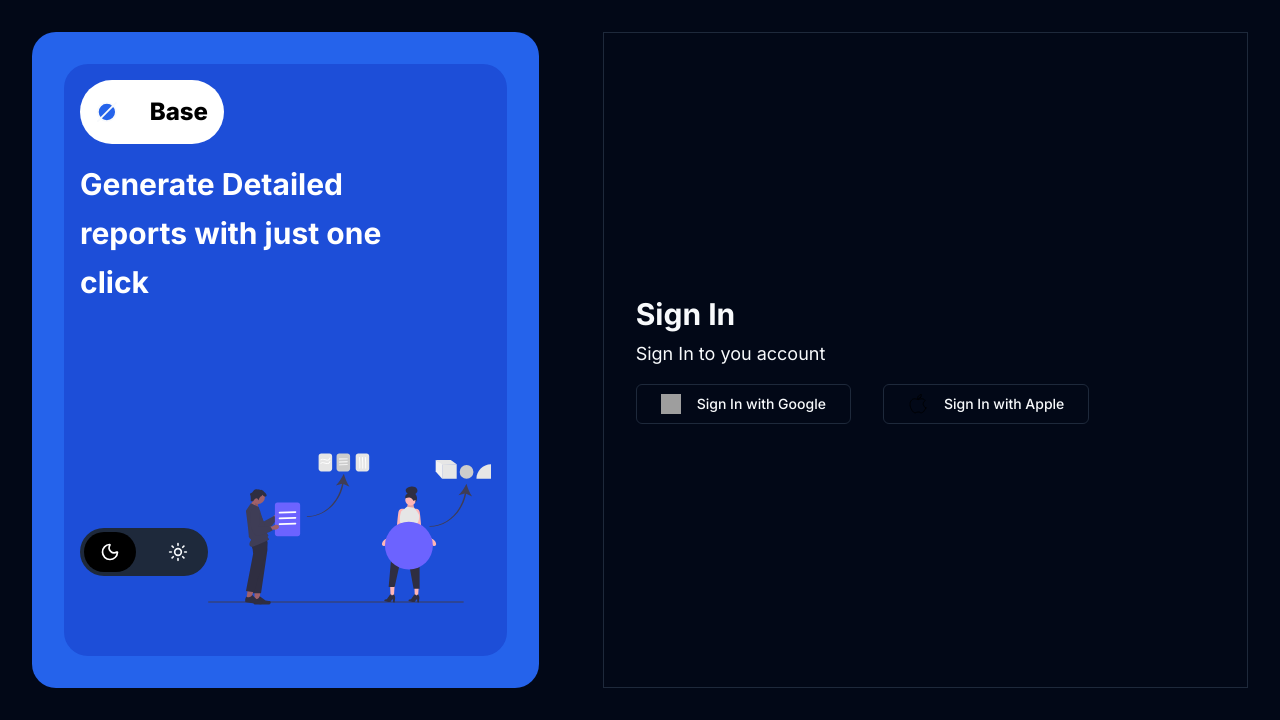
Repository: Hardyy00/openinapp_assignment
Page: /
The author's editor kept a copy of each file at every save. The page is drawn from the files as they stood at one save, then again after the next save.
The browser window is 1280 px wide. The pictures show the whole page.
Pictures or frames that could not be fetched are drawn as grey boxes. The project was rebuilt for these pictures with package versions that can differ from the ones it lists, and the page was loaded fresh each time. The framework's server and built-in components were replaced by stand-ins that run in the browser. Also part of the build but not shown: next.config.mjs.

Above is the page before, as saved 2024-08-23 16:38:02.

After the next save:
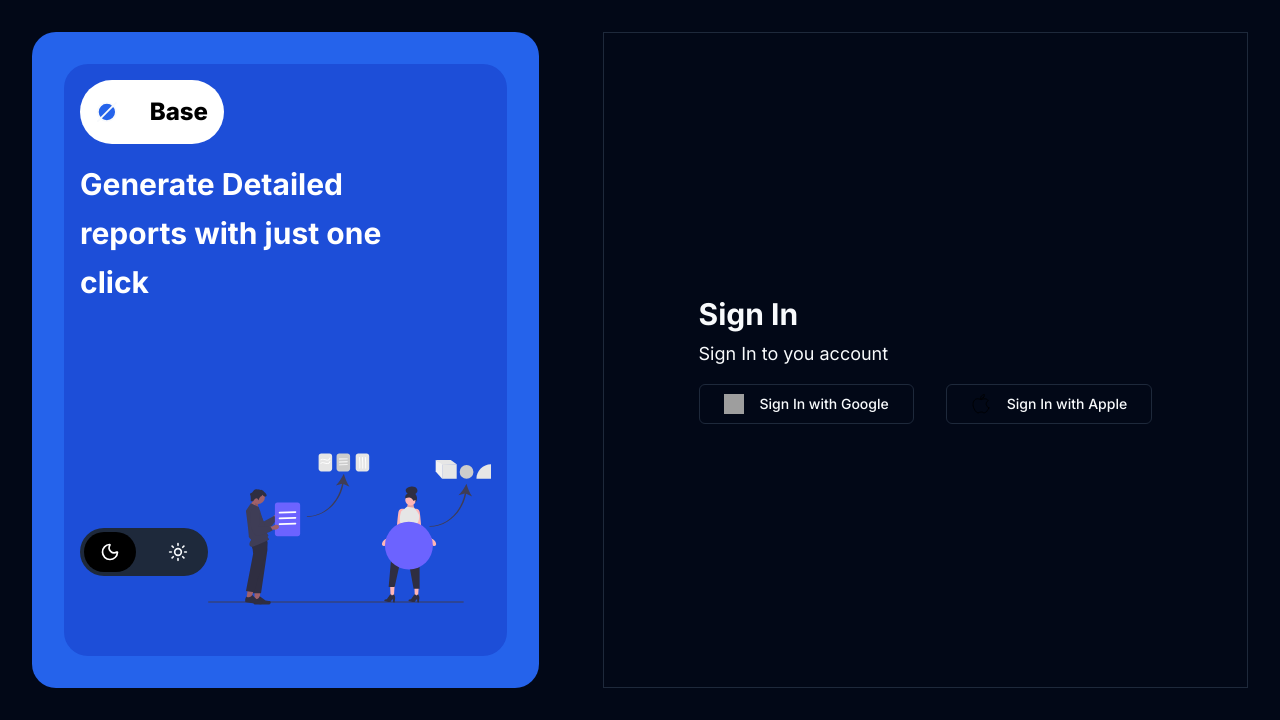
Saved 22 s later.
--- a/app/(auth)/page.tsx
+++ b/app/(auth)/page.tsx
@@ -4,7 +4,7 @@ import Image from "next/image";
 export default function Page() {
   return (
     <div className="h-full p-8">
-      <div className="p-8 border h-full flex items-center">
+      <div className="p-8 border h-full flex items-center justify-center">
         <div className="flex flex-col gap-y-4">
           <div className="space-y-2">
             <h1 className="text-foreground font-bold text-3xl">Sign In</h1>
